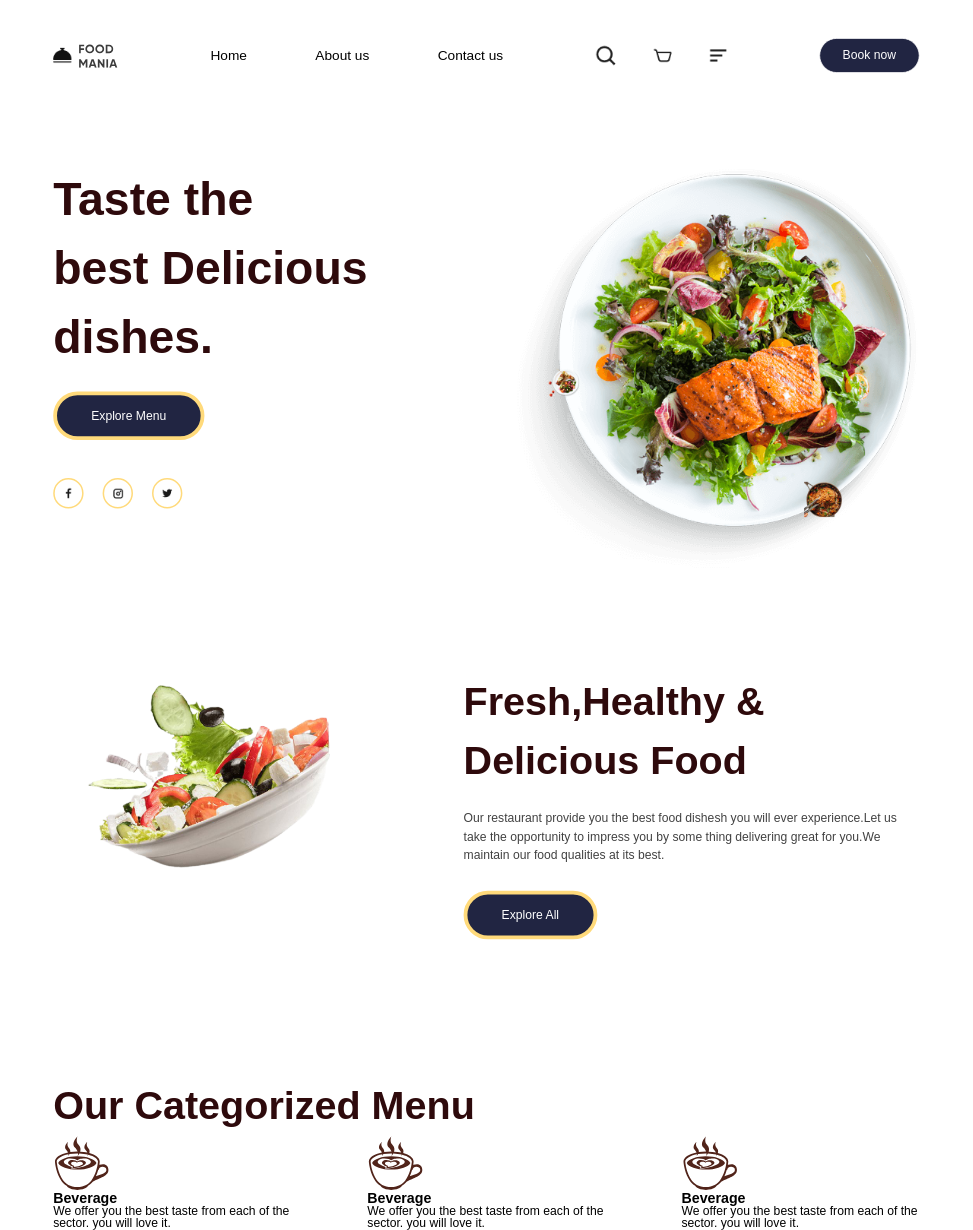
Repository: hoang0508/Figmafood
Page: index.html
The author's editor kept a copy of each file at every save. The page is drawn from the files as they stood at one save, then again after the next save.
The browser window is 1280 px wide. The pictures show the whole page, at 76% of full size.
The style sheet was rebuilt from its Sass, Less or Tailwind sources for each picture, by a compiler version that may differ from the author's.

Above is the page before, as saved 2021-11-08 10:23:32.

After the next save:
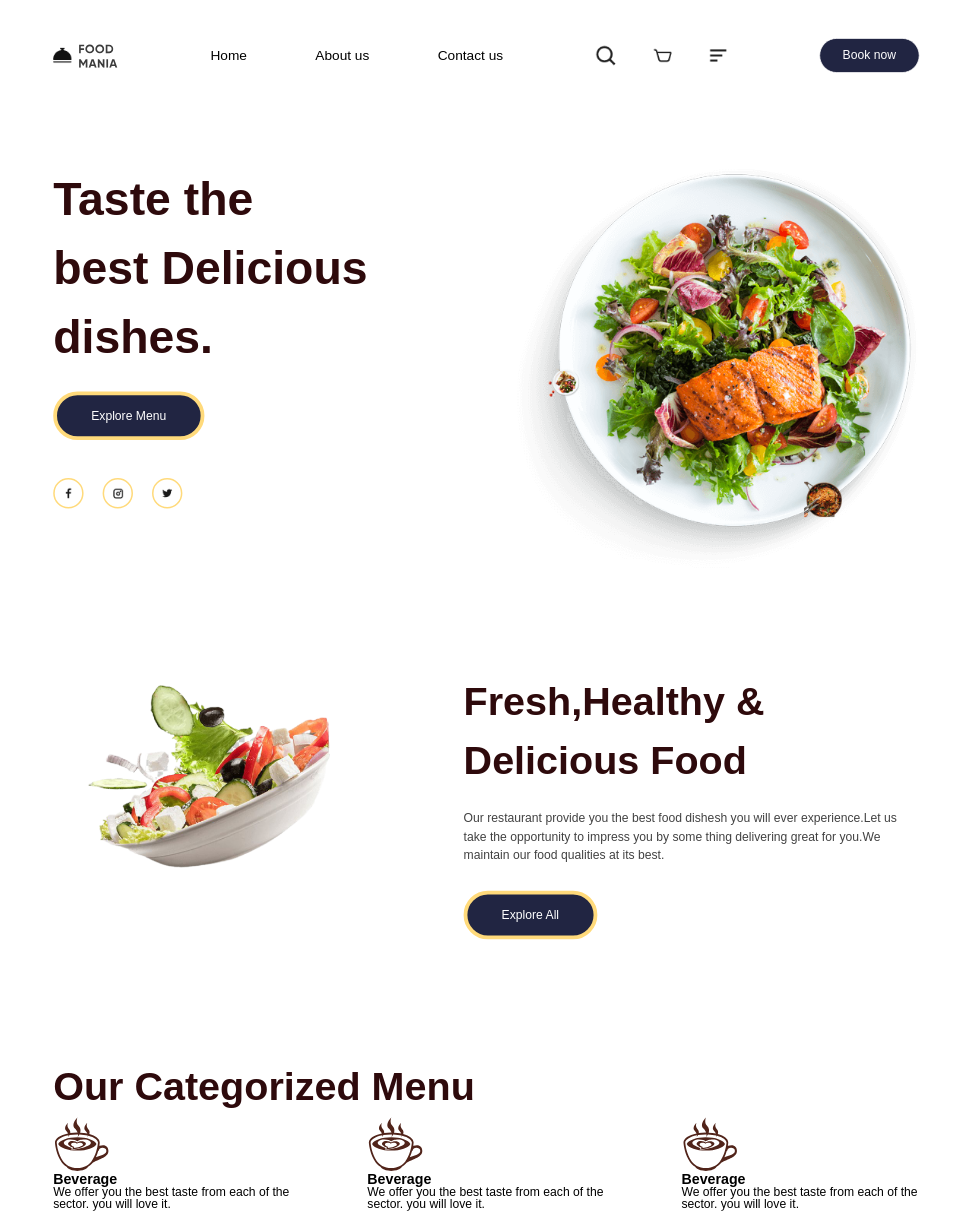
Saved 10 s later.
--- a/sass/_about.scss
+++ b/sass/_about.scss
@@ -1,5 +1,5 @@
 .about {
-  padding-bottom: 165px;
+  padding-bottom: 140px;
   &-container {
     gap: 170px;
   }
